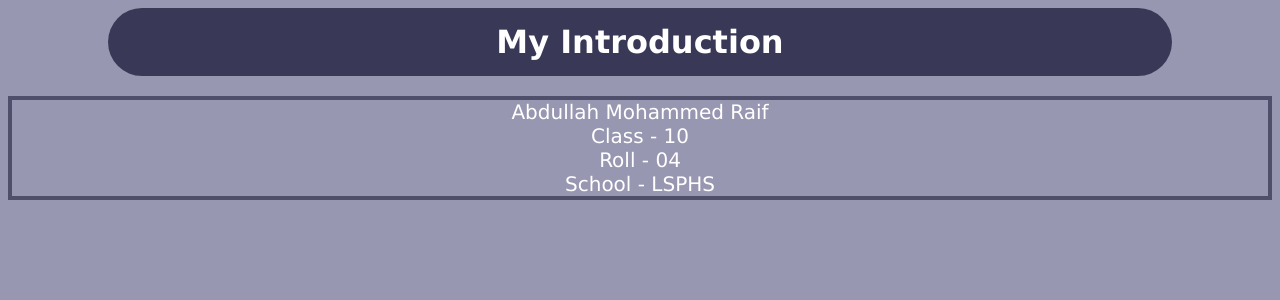
Repository: Raif-007/Portfolio
Page: index.html
An editor plug-in stored every save of this project. The page is shown before and after the next save, followed by the edit.
The browser window is 1280 px wide. The pictures show the whole page.

Above is the page before, as saved 2021-07-05 17:11:54.

### index.html
<!DOCTYPE html>
<html lang="en">

<head>
    <meta charset="UTF-8">
    <meta http-equiv="X-UA-Compatible" content="IE=edge">
    <meta name="viewport" content="width=device-width, initial-scale=1.0">
    <title>Portfolio</title>
    <link rel="stylesheet" href="styles.css">
</head>

<body>

    <h1>
        My Introduction
    </h1>
    <p>

        Abdullah Mohammed Raif
        <br> Class - 10
        <br> Roll - 04
        <br> School - LSPHS



    </p>
</body>

</html>

### styles.css
body {
    background-color: rgba(54, 54, 105, 0.514);
    color: #ffffff;
    font-family: Verdana, Geneva, Tahoma, sans-serif;
    text-align: center;
}

h1 {
    background-color: rgba(25, 25, 56, 0.74);
    padding: 15px;
    margin: 0px 100px;
    border-radius: 50px;
}

p {
    font-size: 20px;
    border: 4px solid rgba(25, 25, 56, 0.568);
}

After the next save:
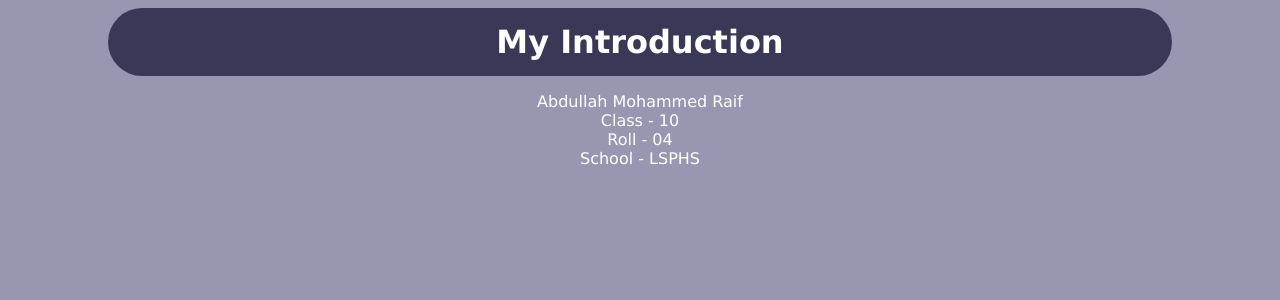
Saved 21 s later.
--- a/styles.css
+++ b/styles.css
@@ -12,7 +12,7 @@
     border-radius: 50px;
 }
 
-p {
+span {
     font-size: 20px;
     border: 4px solid rgba(25, 25, 56, 0.568);
 }
